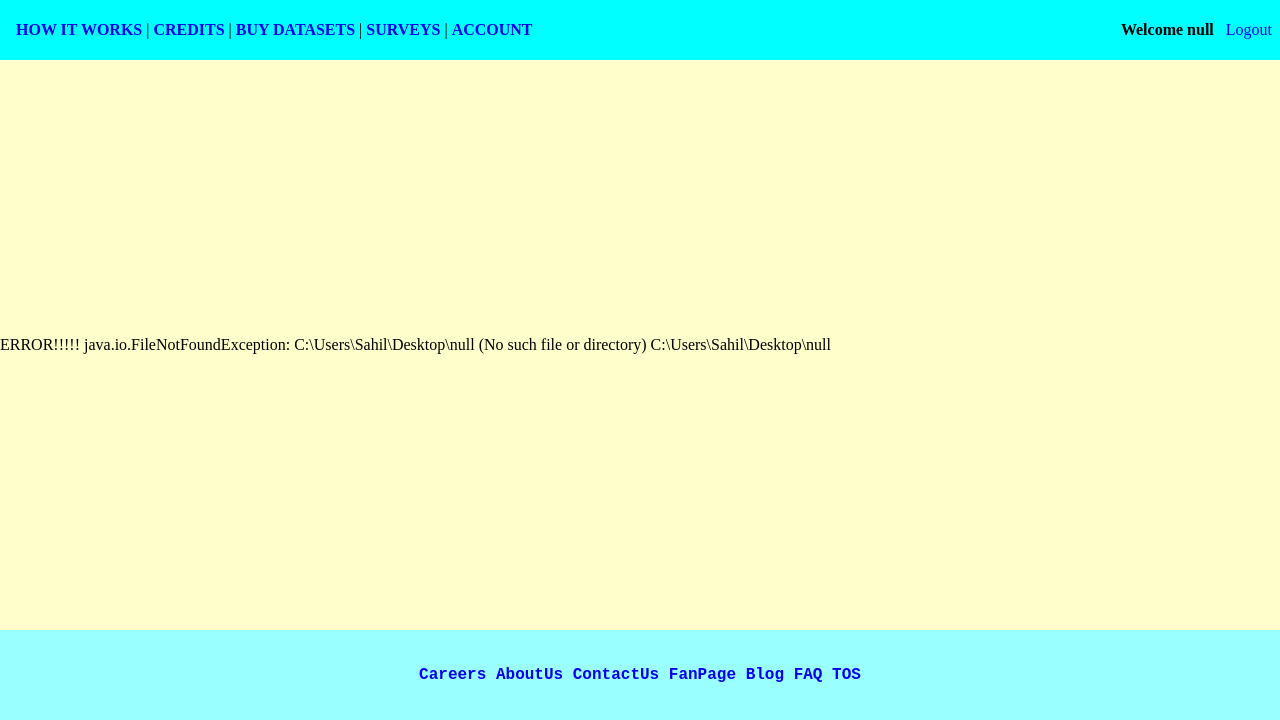
Repository: nicks707/LocoShack_TGMC-project
Page: http://localhost/ram/uploadphoto2.jsp
These files come from the project's save history. The page is drawn as it stood at one moment and after the next save; the edit follows.
The browser window is 1280 px wide. The pictures show the whole page.
The page is served by Tomcat 9.

Above is the page before, as saved 2012-03-20 13:11:53.

After the next save:
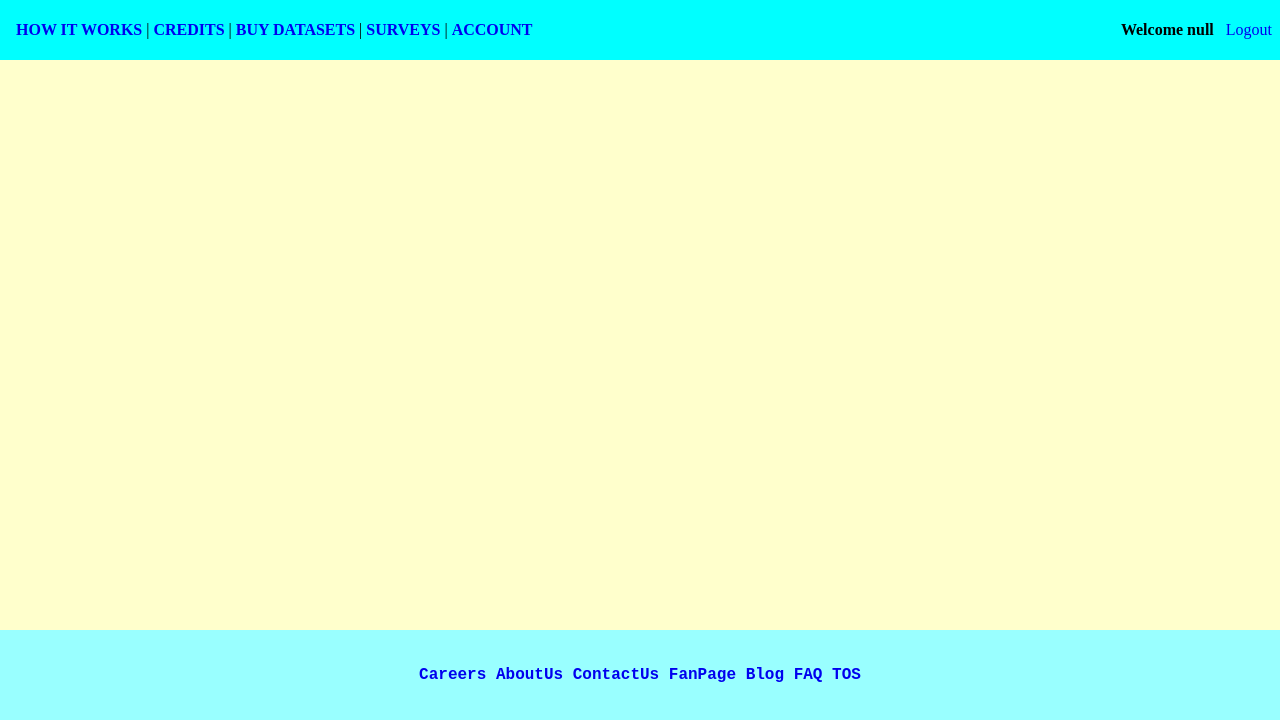
Saved 11 min 40 s later.
--- a/ram/WebContent/uploadphoto2.jsp
+++ b/ram/WebContent/uploadphoto2.jsp
@@ -18,70 +18,6 @@ html, body,table
 <table  width="100%" cellpadding="0" cellspacing="0"   style="background-color:#FFFFCC">
 <tr  height="60px"><td><jsp:include page="header2.jsp"></jsp:include></td></tr>
 <tr><td>
-<%
-String des=request.getParameter("des");
-String lat=request.getParameter("lat");
-String lon=request.getParameter("lon");
-String city=request.getParameter("city");
-String cat=request.getParameter("cat");
-
-String loc1=request.getParameter("image");
-String loc="C:\\Users\\Sahil\\Desktop\\"+loc1;
-StringBuffer sb = new StringBuffer();
-for (int x = 0; x <8; x++)
-{
-  sb.append((char)((int)(Math.random()*26)+97));
-}
-String imgid=sb.toString();
-String userid=(String)session.getAttribute("userid");
-
-
-try{
-
-Connection con;
-PreparedStatement psm;
-Class.forName("com.ibm.db2.jcc.DB2Driver");
-con = DriverManager.getConnection("jdbc:db2://localhost:50000/GEO","db2admin","tgmc");
-
-
-
-
-File image=new File(loc);
-psm=con.prepareStatement("insert into image values(?,?,?,?,?,?,?,?)");
-FileInputStream fis=new FileInputStream(image);
-psm.setBinaryStream(1,(InputStream)fis);
-psm.setString(2,imgid);
-psm.setString(3,userid);
-psm.setString(4,des);
-psm.setString(5,lat);
-psm.setString(6,lon);
-psm.setString(7,city);
-psm.setString(8,cat);
-
-int s=psm.executeUpdate();
-if(s==1) {
-    %>
-
-    <div style="color: blue;">Uploaded successfully!!!!</div>
-<%
-}
-else
-{
-    %>
-
-<div style="color: blue;">Unsucessful to upload image</div>
-<%
-}
-
-}
-catch(Exception e)
-{
-
-out.println("ERROR!!!!!");
-out.println(e);
-out.println(loc);
-}
-%>
 
 
 </td></tr>
